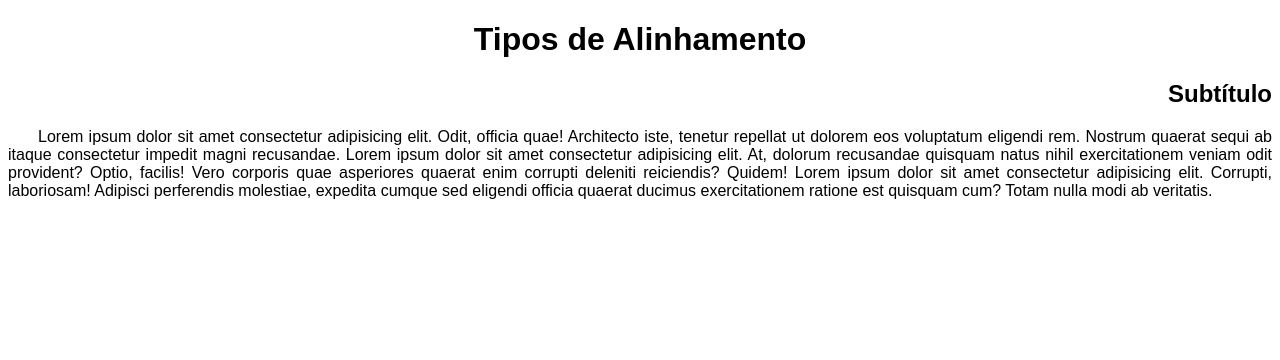
Repository: pheonix5/Estudo
Page: html-css/exercicios/ex017/fonte02.html
An editor plug-in stored every save of this project. The page is shown before and after the next save, followed by the edit.
The browser window is 1280 px wide. The pictures show the whole page.

Above is the page before, as saved 2023-08-13 00:52:35.

### html-css/exercicios/ex017/fonte02.html
<!DOCTYPE html>
<html lang="pt-br">
<head>
  <meta charset="UTF-8">
  <meta name="viewport" content="width=device-width, initial-scale=1.0">
  <title>Alinhamentos</title>
  <style>
    body{
      font: normal 16px Arial, Verdana, serif;
      text-align: left;
    }

    h1{
      text-align: center;
    }

    h2{
      text-align: right;
    }

    p{
      text-align: justify;
      text-indent: 30px;
    }
  </style>
</head>
<body>
  <h1>Tipos de Alinhamento</h1>
  <h2>Subtítulo</h2>
  <p>Lorem ipsum dolor sit amet consectetur adipisicing elit. Odit, officia quae! Architecto iste, tenetur repellat ut dolorem eos voluptatum eligendi rem. Nostrum quaerat sequi ab itaque consectetur impedit magni recusandae. Lorem ipsum dolor sit amet consectetur adipisicing elit. At, dolorum recusandae quisquam natus nihil exercitationem veniam odit provident? Optio, facilis! Vero corporis quae asperiores quaerat enim corrupti deleniti reiciendis? Quidem! Lorem ipsum dolor sit amet consectetur adipisicing elit. Corrupti, laboriosam! Adipisci perferendis molestiae, expedita cumque sed eligendi officia quaerat ducimus exercitationem ratione est quisquam cum? Totam nulla modi ab veritatis.</p>
</body>
</html>

After the next save:
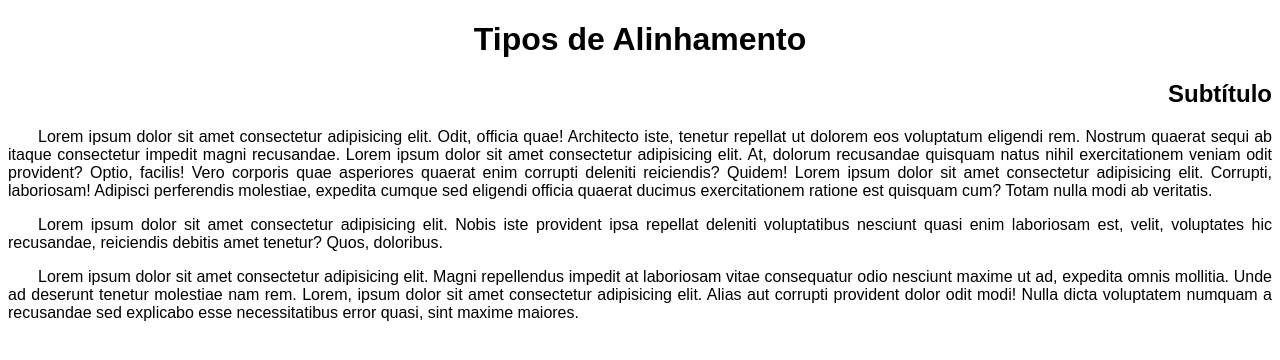
Saved 15 s later.
--- a/html-css/exercicios/ex017/fonte02.html
+++ b/html-css/exercicios/ex017/fonte02.html
@@ -28,5 +28,9 @@
   <h1>Tipos de Alinhamento</h1>
   <h2>Subtítulo</h2>
   <p>Lorem ipsum dolor sit amet consectetur adipisicing elit. Odit, officia quae! Architecto iste, tenetur repellat ut dolorem eos voluptatum eligendi rem. Nostrum quaerat sequi ab itaque consectetur impedit magni recusandae. Lorem ipsum dolor sit amet consectetur adipisicing elit. At, dolorum recusandae quisquam natus nihil exercitationem veniam odit provident? Optio, facilis! Vero corporis quae asperiores quaerat enim corrupti deleniti reiciendis? Quidem! Lorem ipsum dolor sit amet consectetur adipisicing elit. Corrupti, laboriosam! Adipisci perferendis molestiae, expedita cumque sed eligendi officia quaerat ducimus exercitationem ratione est quisquam cum? Totam nulla modi ab veritatis.</p>
+
+  <p>Lorem ipsum dolor sit amet consectetur adipisicing elit. Nobis iste provident ipsa repellat deleniti voluptatibus nesciunt quasi enim laboriosam est, velit, voluptates hic recusandae, reiciendis debitis amet tenetur? Quos, doloribus.</p>
+
+  <p>Lorem ipsum dolor sit amet consectetur adipisicing elit. Magni repellendus impedit at laboriosam vitae consequatur odio nesciunt maxime ut ad, expedita omnis mollitia. Unde ad deserunt tenetur molestiae nam rem. Lorem, ipsum dolor sit amet consectetur adipisicing elit. Alias aut corrupti provident dolor odit modi! Nulla dicta voluptatem numquam a recusandae sed explicabo esse necessitatibus error quasi, sint maxime maiores.</p>
 </body>
 </html>
